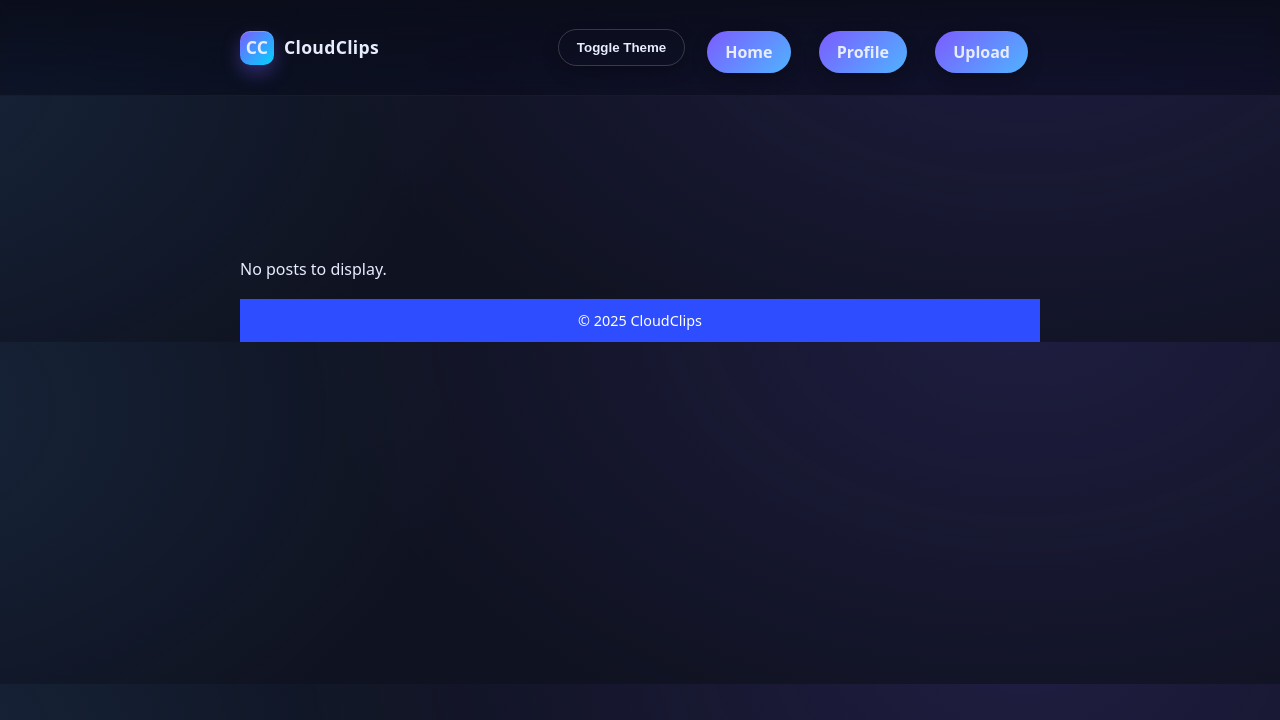
Repository: burhannaseer/CloudClips
Page: index.html
These files come from the project's save history. The page is drawn as it stood at one moment and after the next save; the edit follows.
The browser window is 1280 px wide. The pictures show the whole page.

Above is the page before, as saved 2025-08-14 13:45:36.

After the next save:
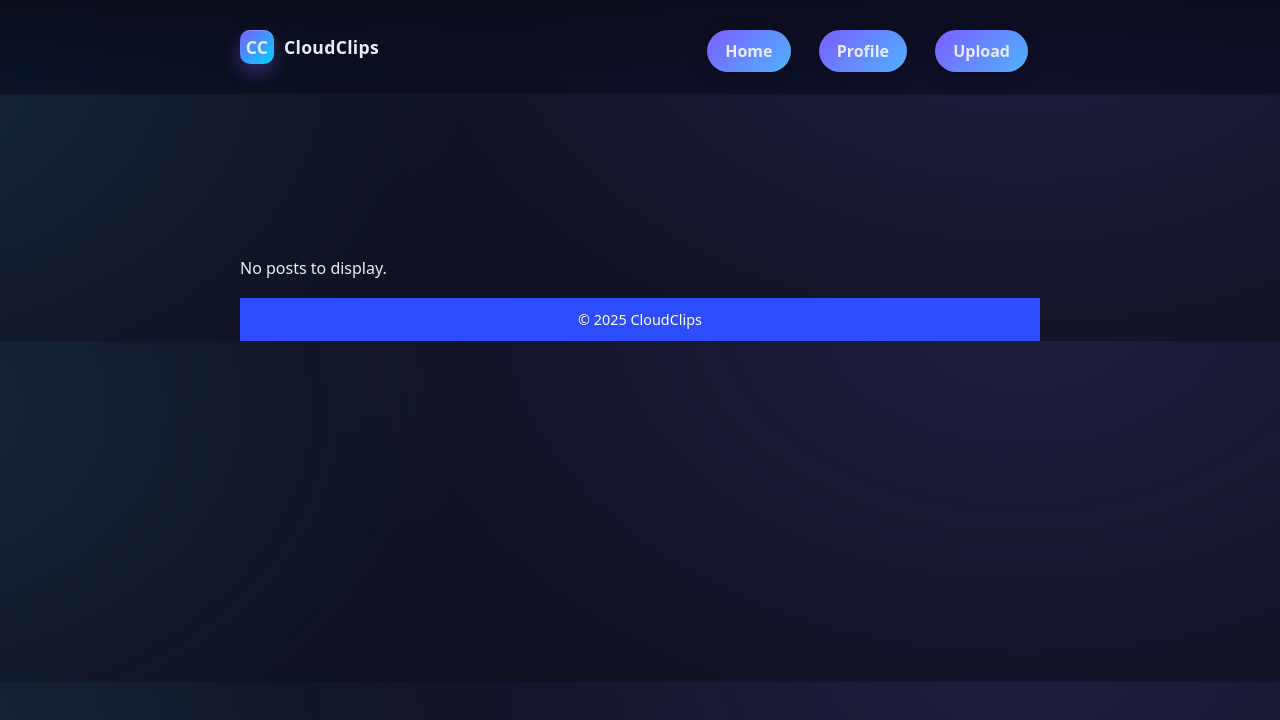
Saved 18 s later.
--- a/index.html
+++ b/index.html
@@ -14,7 +14,7 @@
       CloudClips
     </a>
     <div class="nav-actions">
-      <button class="theme-toggle btn btn-outline btn-pill" type="button">Toggle Theme</button>
+      <!-- <button class="theme-toggle btn btn-outline btn-pill" type="button">Toggle Theme</button> -->
       <!-- <a class="btn btn-primary btn-pill" href="upload.html">Upload</a> -->
       <nav>
         <a class="btn btn-primary btn-pill" href="index.html">Home</a>
